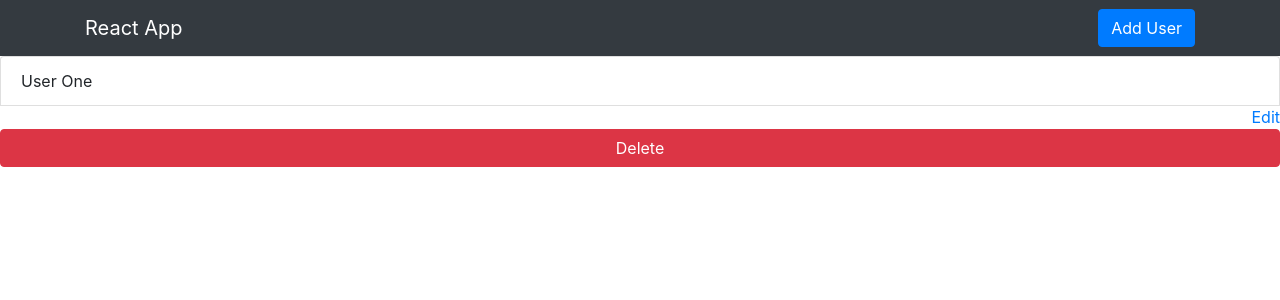
Repository: Abdaljawad-Aya/interview-task
Page: / (app in javascriptArray/test/)
An editor plug-in stored every save of this project. The page is shown before and after the next save, followed by the edit.
The browser window is 1280 px wide. The pictures show the whole page.
Some web libraries are served in a nearby version. The project was rebuilt for these pictures with package versions that can differ from the ones it lists, and the page was loaded fresh each time. Also part of the build but not shown: javascriptArray/test/src/compnents/AddUser.js, javascriptArray/test/src/compnents/EditUser.js. Imported but missing from the stored project, and not drawn on this page: javascriptArray/test/src/context/GlobalState.

Above is the page before, as saved 2021-03-10 20:42:30.

### javascriptArray/test/public/index.html
<!DOCTYPE html>
<html lang="en">
  <head>
    <meta charset="utf-8" />
    <link rel="icon" href="%PUBLIC_URL%/favicon.ico" />
    <meta name="viewport" content="width=device-width, initial-scale=1" />
    <meta name="theme-color" content="#000000" />
    <meta
      name="description"
      content="Web site created using create-react-app"
    />
    <link rel="apple-touch-icon" href="%PUBLIC_URL%/logo192.png" />
    <!--
      manifest.json provides metadata used when your web app is installed on a
      user's mobile device or desktop. See https://developers.google.com/web/fundamentals/web-app-manifest/
    -->
    <link rel="manifest" href="%PUBLIC_URL%/manifest.json" />
    <!--
      Notice the use of %PUBLIC_URL% in the tags above.
      It will be replaced with the URL of the `public` folder during the build.
      Only files inside the `public` folder can be referenced from the HTML.

      Unlike "/favicon.ico" or "favicon.ico", "%PUBLIC_URL%/favicon.ico" will
      work correctly both with client-side routing and a non-root public URL.
      Learn how to configure a non-root public URL by running `npm run build`.
    -->

   <link rel="stylesheet" href="https://maxcdn.bootstrapcdn.com/bootstrap/4.0.0/css/bootstrap.min.css" integrity="sha384-Gn5384xqQ1aoWXA+058RXPxPg6fy4IWvTNh0E263XmFcJlSAwiGgFAW/dAiS6JXm" crossorigin="anonymous">
    <title>React App</title>
  </head>
  <body>
    <noscript>You need to enable JavaScript to run this app.</noscript>
    <div id="root"></div>
    <!--
      This HTML file is a template.
      If you open it directly in the browser, you will see an empty page.

      You can add webfonts, meta tags, or analytics to this file.
      The build step will place the bundled scripts into the <body> tag.

      To begin the development, run `npm start` or `yarn start`.
      To create a production bundle, use `npm run build` or `yarn build`.
    -->
      <script src="https://code.jquery.com/jquery-3.2.1.slim.min.js" integrity="sha384-KJ3o2DKtIkvYIK3UENzmM7KCkRr/rE9/Qpg6aAZGJwFDMVNA/GpGFF93hXpG5KkN" crossorigin="anonymous"></script>
    <script src="https://cdnjs.cloudflare.com/ajax/libs/popper.js/1.12.9/umd/popper.min.js" integrity="sha384-ApNbgh9B+Y1QKtv3Rn7W3mgPxhU9K/ScQsAP7hUibX39j7fakFPskvXusvfa0b4Q" crossorigin="anonymous"></script>
    <script src="https://maxcdn.bootstrapcdn.com/bootstrap/4.0.0/js/bootstrap.min.js" integrity="sha384-JZR6Spejh4U02d8jOt6vLEHfe/JQGiRRSQQxSfFWpi1MquVdAyjUar5+76PVCmYl" crossorigin="anonymous"></script>
  </body>
</html>

### javascriptArray/test/src/index.js
import React from 'react'
import ReactDOM from 'react-dom'
import App from './App'
// import { BrowserRouter as Router } from 'react-router-dom'

ReactDOM.render(
  <React.StrictMode>
    {/* <Router> */}
    <App />
    {/* </Router> */}
  </React.StrictMode>,
  document.getElementById('root'),
)

### javascriptArray/test/src/App.js
import React from 'react'
import { BrowserRouter as Router, Switch, Route } from 'react-router-dom'
import { Home } from './compnents/Home'
import { AddUser } from './compnents/AddUser'
import { EditUser } from './compnents/EditUser'

import 'bootstrap/dist/css/bootstrap.min.css'

function App() {
  return (
    <div className="App">
      {/* style={{ maxWidth: '30rem', margin: '4rem auto' }} */}
      <Router>
        <Switch>
          <Route path="/add" component={AddUser} />
          <Route path="/edit/:id" component={EditUser} />
          <Route exact path="/" component={Home} />
        </Switch>
      </Router>
    </div>
  )
}

export default App

// <nav class="navbar navbar-expand-lg navbar-dark bg-dark">
//             <a class="navbar-brand" href="#">
//               React
//             </a>
//             <button
//               class="navbar-toggler"
//               type="button"
//               data-toggle="collapse"
//               data-target="#navbarNavAltMarkup"
//               aria-controls="navbarNavAltMarkup"
//               aria-expanded="false"
//               aria-label="Toggle navigation"
//             >
//               <span class="navbar-toggler-icon"></span>
//             </button>
//             <div class="collapse navbar-collapse" id="navbarNavAltMarkup">
//               <div class="navbar-nav">
//                 <a class="nav-item nav-link active" href="#">
//                   <span class="sr-only">(current)</span>
//                 </a>
//                 <a class="nav-link" href="#"></a>
//                 <a class="nav-link" href="#"></a>
//               </div>
//             </div>
//           </nav>

### javascriptArray/test/src/compnents/Home.js
import React from 'react'
import { Heading } from './Heading'
import { UserList } from './UserList'
export const Home = () => {
  return (
    <>
      <Heading />
      <UserList />
    </>
  )
}

### javascriptArray/test/src/compnents/Heading.js
import React from 'react'
import { Link } from 'react-router-dom'
import { Navbar, Nav, NavItem, NavbarBrand, Container } from 'reactstrap'

export const Heading = () => {
  return (
    <div>
      <Navbar color="dark" dark>
        <Container>
          <NavbarBrand href="/">React App</NavbarBrand>
          <Nav>
            <NavItem>
              <Link className="btn btn-primary" to="/add">
                Add User
              </Link>
            </NavItem>
          </Nav>
        </Container>
      </Navbar>
    </div>
  )
}

### javascriptArray/test/src/compnents/UserList.js
import React from 'react'
import { Link } from 'react-router-dom'
import { ListGroup, ListGroupItem, Button } from 'reactstrap'

export const UserList = () => {
  return (
    <div>
      <ListGroup>
        <ListGroupItem>User One</ListGroupItem>
        <div className="ml-auto">
          <Link to="/edit/1">Edit</Link>
        </div>
        <Button className="btn btn-danger" color="danger">
          Delete
        </Button>
      </ListGroup>
    </div>
  )
}

After the next save:
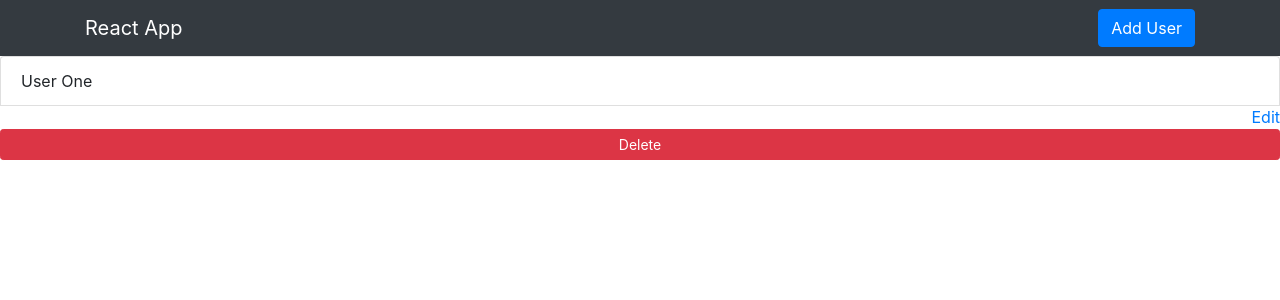
Saved 12 s later.
--- a/javascriptArray/test/src/compnents/UserList.js
+++ b/javascriptArray/test/src/compnents/UserList.js
@@ -10,7 +10,7 @@
         <div className="ml-auto">
           <Link to="/edit/1">Edit</Link>
         </div>
-        <Button className="btn btn-danger" color="danger">
+        <Button className="btn btn-sm" color="danger">
           Delete
         </Button>
       </ListGroup>

After the 2 saves that followed:
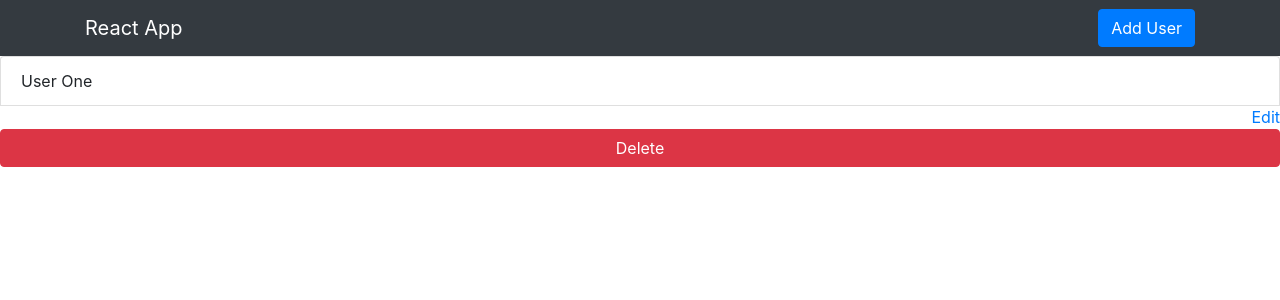
The 2 saves are shown as one change because they came seconds apart.
The last was saved 10 s later.
--- a/javascriptArray/test/src/compnents/UserList.js
+++ b/javascriptArray/test/src/compnents/UserList.js
@@ -10,7 +10,7 @@
         <div className="ml-auto">
           <Link to="/edit/1">Edit</Link>
         </div>
-        <Button className="btn btn-sm" color="danger">
+        <Button className="btn btn-sm-4" color="danger">
           Delete
         </Button>
       </ListGroup>
